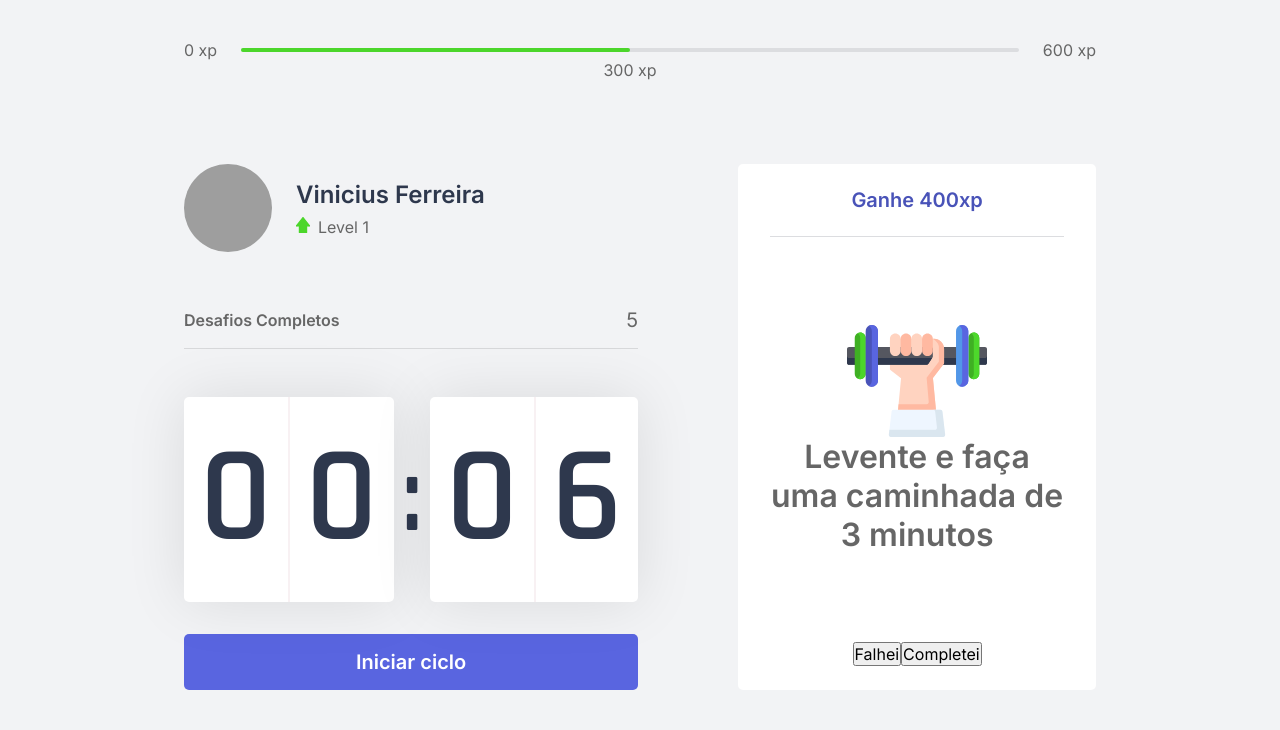
Repository: viniciusfg05/nlwFocus
Page: /
These files come from the project's save history. The page is drawn as it stood at one moment and after the next save; the edit follows.
The browser window is 1280 px wide. The pictures show the whole page.
Pictures or frames that could not be fetched are drawn as grey boxes. The project was rebuilt for these pictures with package versions that can differ from the ones it lists, and the page was loaded fresh each time. The framework's server and built-in components were replaced by stand-ins that run in the browser.

Above is the page before, as saved 2022-02-28 14:00:57.

After the next save:
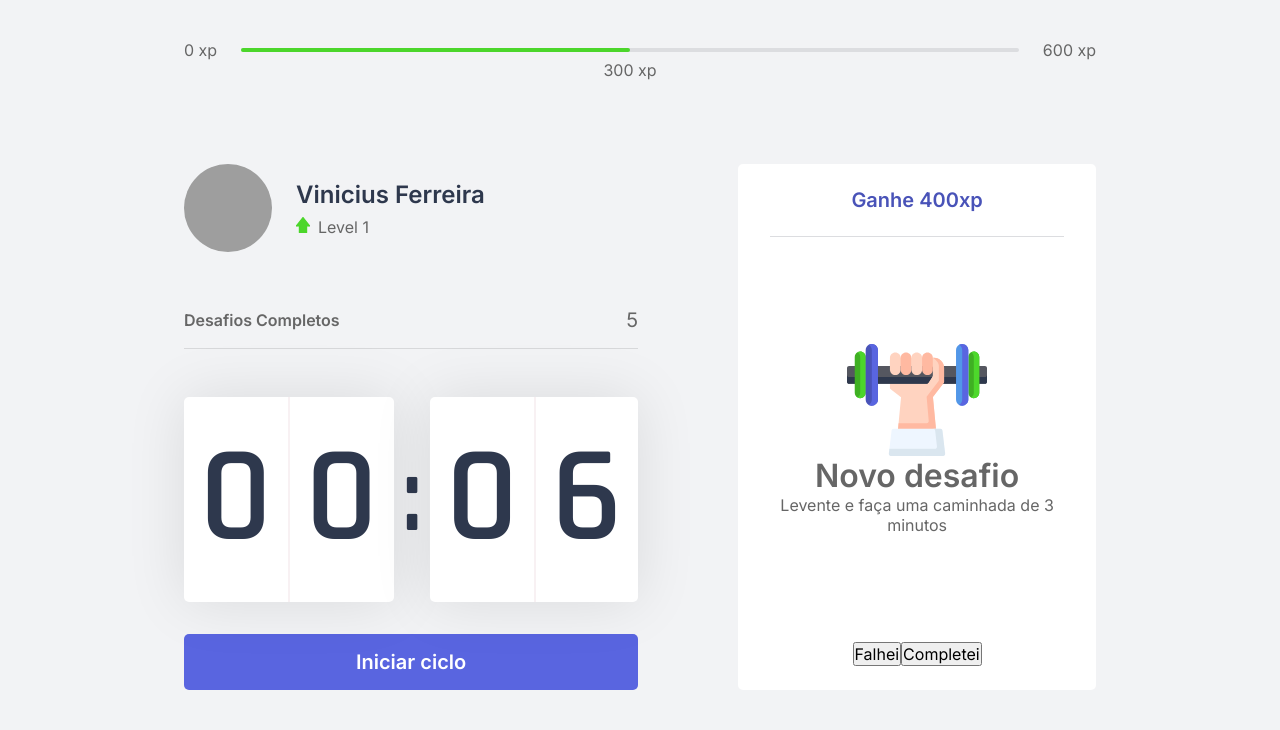
Saved 44 s later.
--- a/src/components/ChallegesBox.tsx
+++ b/src/components/ChallegesBox.tsx
@@ -10,7 +10,8 @@ export function ChallegesBox() {
           <header>Ganhe 400xp</header>
           <main>
             <img src="icons/body.svg" alt="Ganhe 400xp" />
-            <strong>Levente e faça uma caminhada de 3 minutos</strong>
+            <strong>Novo desafio</strong>
+            <p>Levente e faça uma caminhada de 3 minutos</p>
           </main>
 
           <footer>
